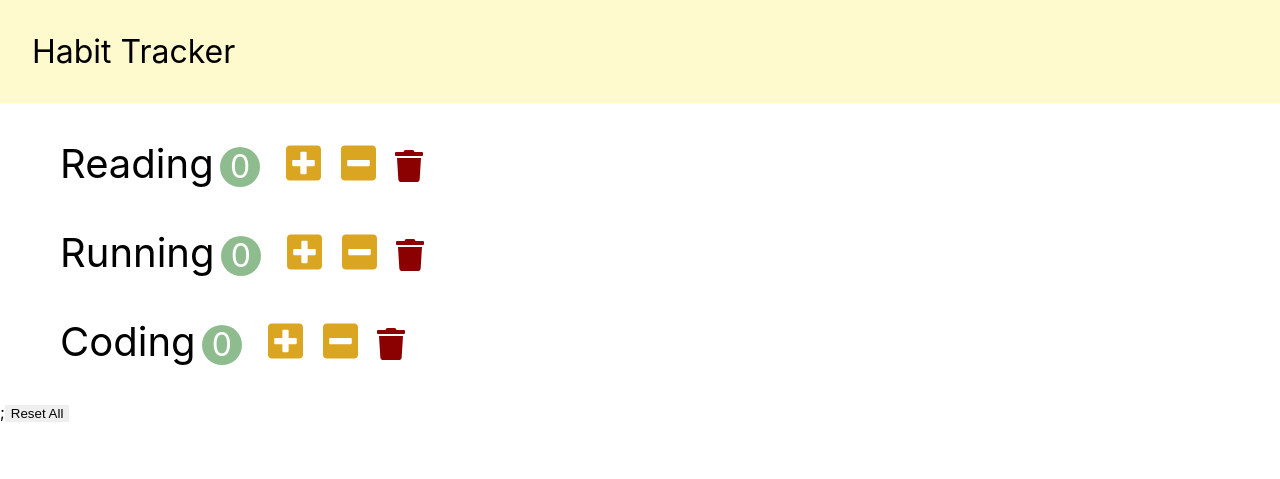
Repository: BokyungJeon/react-habit-tracker
Page: /
These files come from the project's save history. The page is drawn as it stood at one moment and after the next save; the edit follows.
The browser window is 1280 px wide. The pictures show the whole page.
The project was rebuilt for these pictures with package versions that can differ from the ones it lists, and the page was loaded fresh each time.

Above is the page before, as saved 2021-09-30 18:55:33.

After the next save:
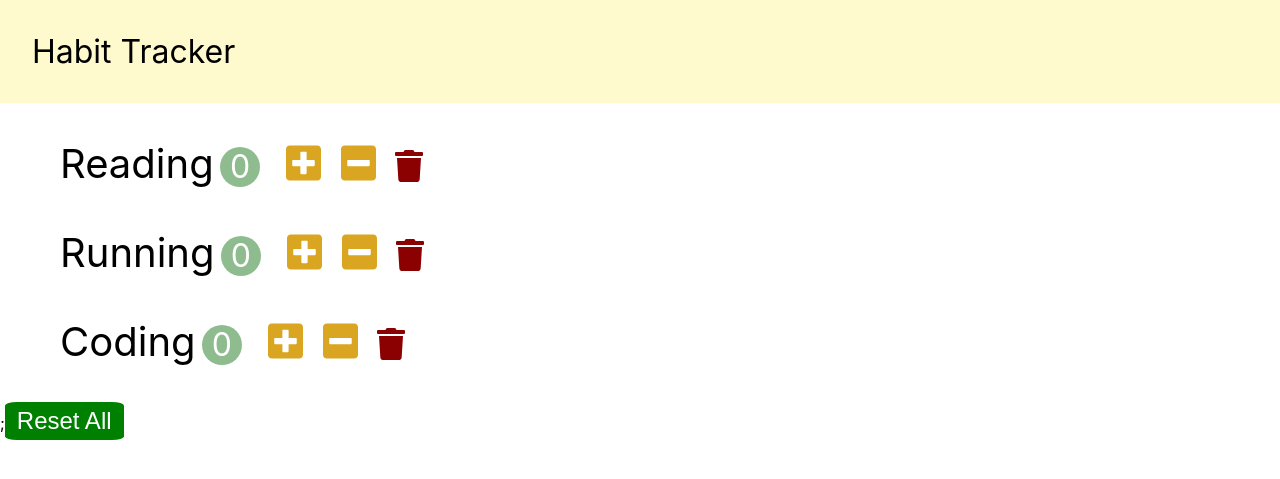
Saved 18 s later.
--- a/src/App.jsx
+++ b/src/App.jsx
@@ -9,7 +9,7 @@ class App extends Component {
         <header className="navbar">
           <span>Habit Tracker</span>
         </header>
-        <Habits />;<button className="button">Reset All</button>
+        <Habits />;<button className="add-button">Reset All</button>
       </div>
     );
   }
